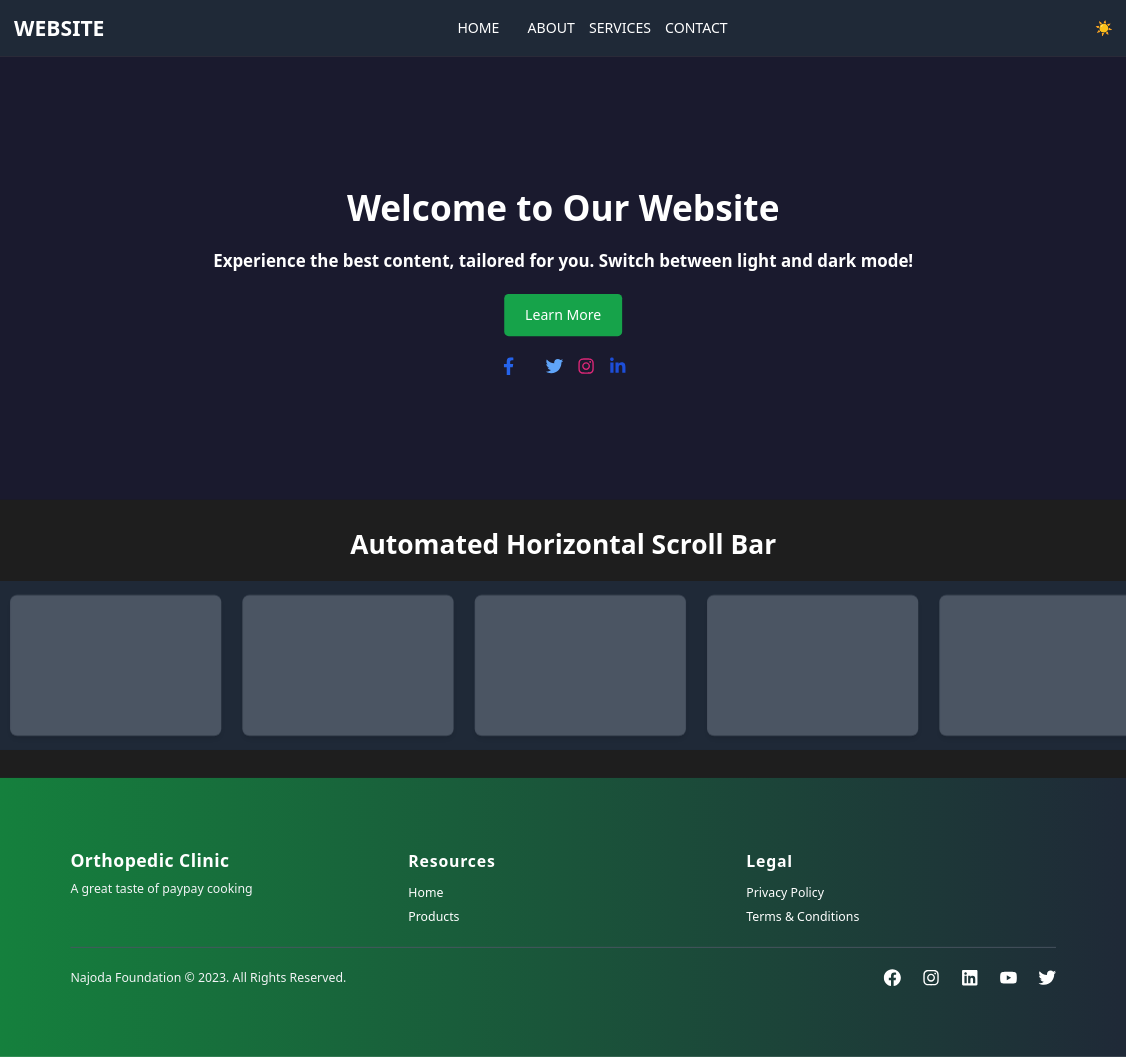
Repository: countaustin1990/file-C-Users-user-Documents-Final-20Cart
Page: /home (app in Documents/BXXXN/my-app/)
These files come from the project's save history. The page is drawn as it stood at one moment and after the next save; the edit follows.
The browser window is 1280 px wide. The pictures show the whole page, at 88% of full size.
The project was rebuilt for these pictures with package versions that can differ from the ones it lists, and the page was loaded fresh each time. Also part of the build but not shown: Documents/BXXXN/my-app/vite.config.js, Documents/BXXXN/my-app/src/components/horizontalscroll/style.css, Documents/BXXXN/my-app/src/pages/contact/Contact.jsx, Documents/BXXXN/my-app/src/pages/about/About.jsx, Documents/BXXXN/my-app/src/pages/services/Services.test.jsx.

Above is the page before, as saved 2024-11-01 01:50:07.

After the next save:
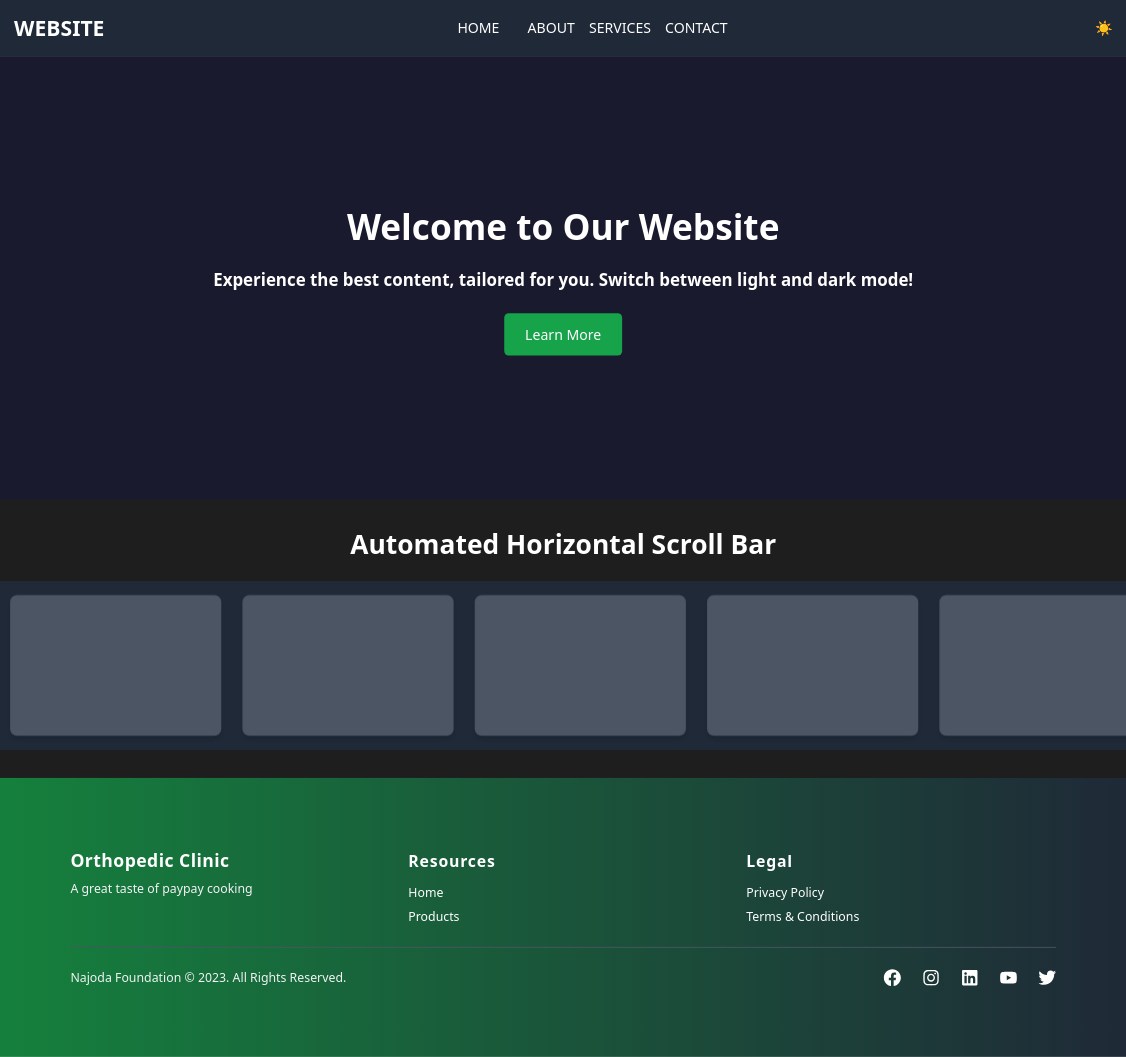
Saved 2 min 9 s later.
--- a/Documents/BXXXN/my-app/src/components/folder/HeroSection.test.jsx
+++ b/Documents/BXXXN/my-app/src/components/folder/HeroSection.test.jsx
@@ -1,4 +1,4 @@
-import { FaFacebookF, FaTwitter, FaInstagram, FaLinkedinIn } from 'react-icons/fa'; // Import social icons
+//import { FaFacebookF, FaTwitter, FaInstagram, FaLinkedinIn } from 'react-icons/fa'; // Import social icons
 import PropTypes from 'prop-types'; // Import PropTypes for prop validation
 import './style.css';  // Make sure to link to your CSS file or Tailwind
 
@@ -12,7 +12,7 @@ const HeroSection = ({ theme }) => { // Accept theme as a prop
           <p className="lead font-semibold">Experience the best content, tailored for you. Switch between light and dark mode!</p>
           <button className="cta-button">Learn More</button>
 
-          {/* Social Media Icons */}
+          {/* Social Media Icons
           <div className="flex justify-center mt-6 space-x-4">
             <a href="https://facebook.com" target="_blank" rel="noopener noreferrer" className="text-xl text-blue-600 hover:text-blue-500">
               <FaFacebookF />
@@ -26,7 +26,7 @@ const HeroSection = ({ theme }) => { // Accept theme as a prop
             <a href="https://linkedin.com" target="_blank" rel="noopener noreferrer" className="text-xl text-blue-700 hover:text-blue-600">
               <FaLinkedinIn />
             </a>
-          </div>
+          </div>*/}
         </div>
       </section>
     </div>
